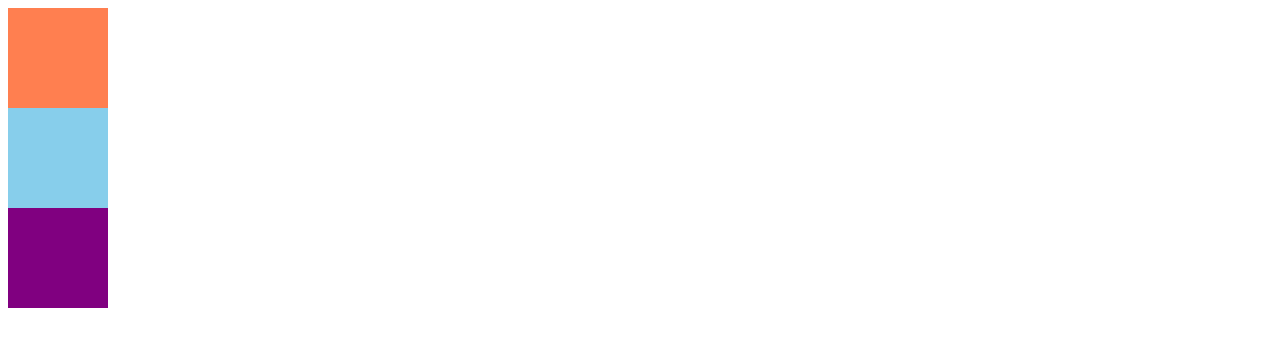
Repository: hminah0215/bitcamp
Page: http://localhost/day0218/exam02/ex11.jsp
An editor plug-in stored every save of this project. The page is shown before and after the next save, followed by the edit.
The browser window is 1280 px wide. The pictures show the whole page.
The page is served by Tomcat 9.

Above is the page before, as saved 2020-02-18 02:36:03.

### save_eclipse/day0218/WebContent/exam02/ex11.jsp
<%@ page language="java" contentType="text/html; charset=UTF-8"
    pageEncoding="UTF-8"%>
<!DOCTYPE html>
<html>
<head>
<meta charset="UTF-8">
<title>Insert title here</title>
<style type="text/css">
	#one{width: 100px; height: 100px; background: coral; z-index: 1;}
	#two{width: 100px; height: 100px; background: skyblue; z-index: 3}
	#three{width: 100px; height: 100px; background: purple; z-index: 1;}

</style>
</head>
<body>
	<div id="one"></div>
	<div id="two"></div>
	<div id="three"></div>
</body>
</html>

After the next save:
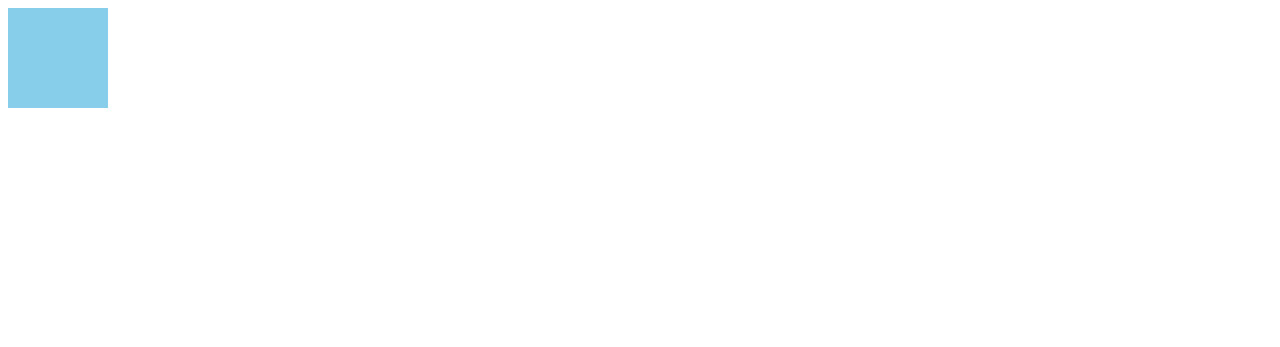
Saved 59 s later.
--- a/save_eclipse/day0218/WebContent/exam02/ex11.jsp
+++ b/save_eclipse/day0218/WebContent/exam02/ex11.jsp
@@ -6,9 +6,12 @@
 <meta charset="UTF-8">
 <title>Insert title here</title>
 <style type="text/css">
-	#one{width: 100px; height: 100px; background: coral; z-index: 1;}
-	#two{width: 100px; height: 100px; background: skyblue; z-index: 3}
-	#three{width: 100px; height: 100px; background: purple; z-index: 1;}
+	#one{width: 100px; height: 100px; background: coral; z-index: 1;
+		 position: absolute;}
+	#two{width: 100px; height: 100px; background: skyblue; z-index: 3;
+		 position: absolute;}
+	#three{width: 100px; height: 100px; background: purple; z-index: 1;
+		   position: absolute;}
 
 </style>
 </head>
